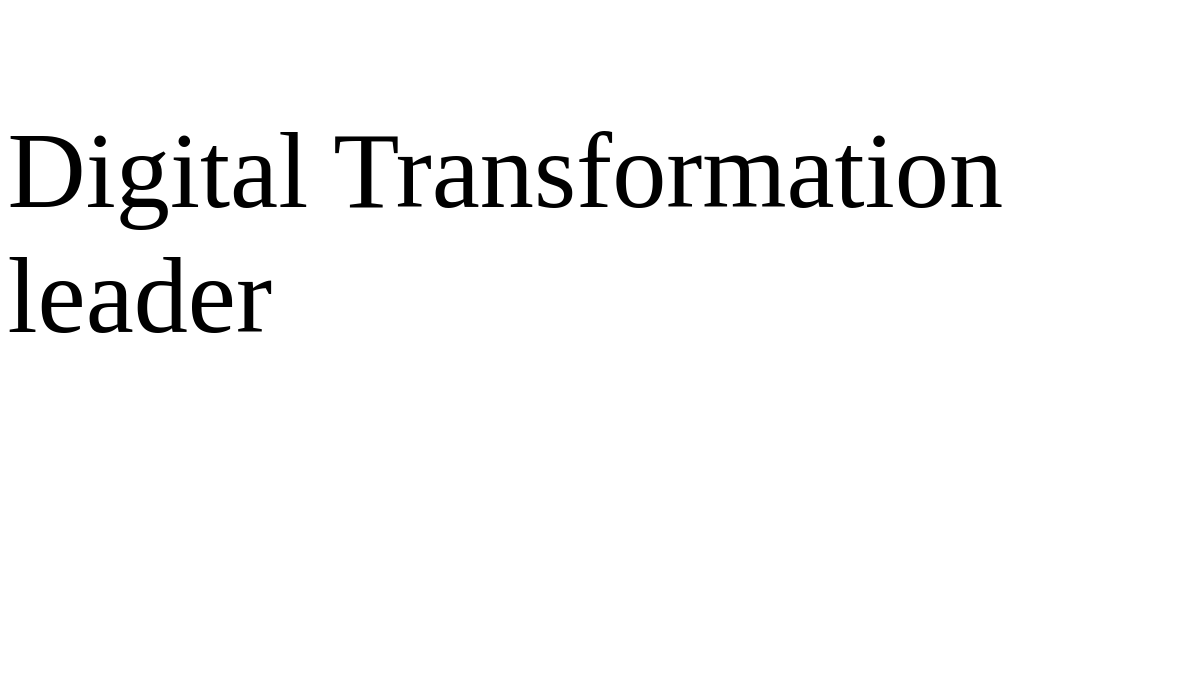
Repository: lwygold/motion
Page: text/텍스트 위에서 아래로 채워지는.html
An editor plug-in stored every save of this project. The page is shown before and after the next save, followed by the edit.
The browser window is 1280 px wide. The pictures show the whole page, at 94% of full size.

Above is the page before, as saved 2023-02-07 14:43:46.

After the next save:
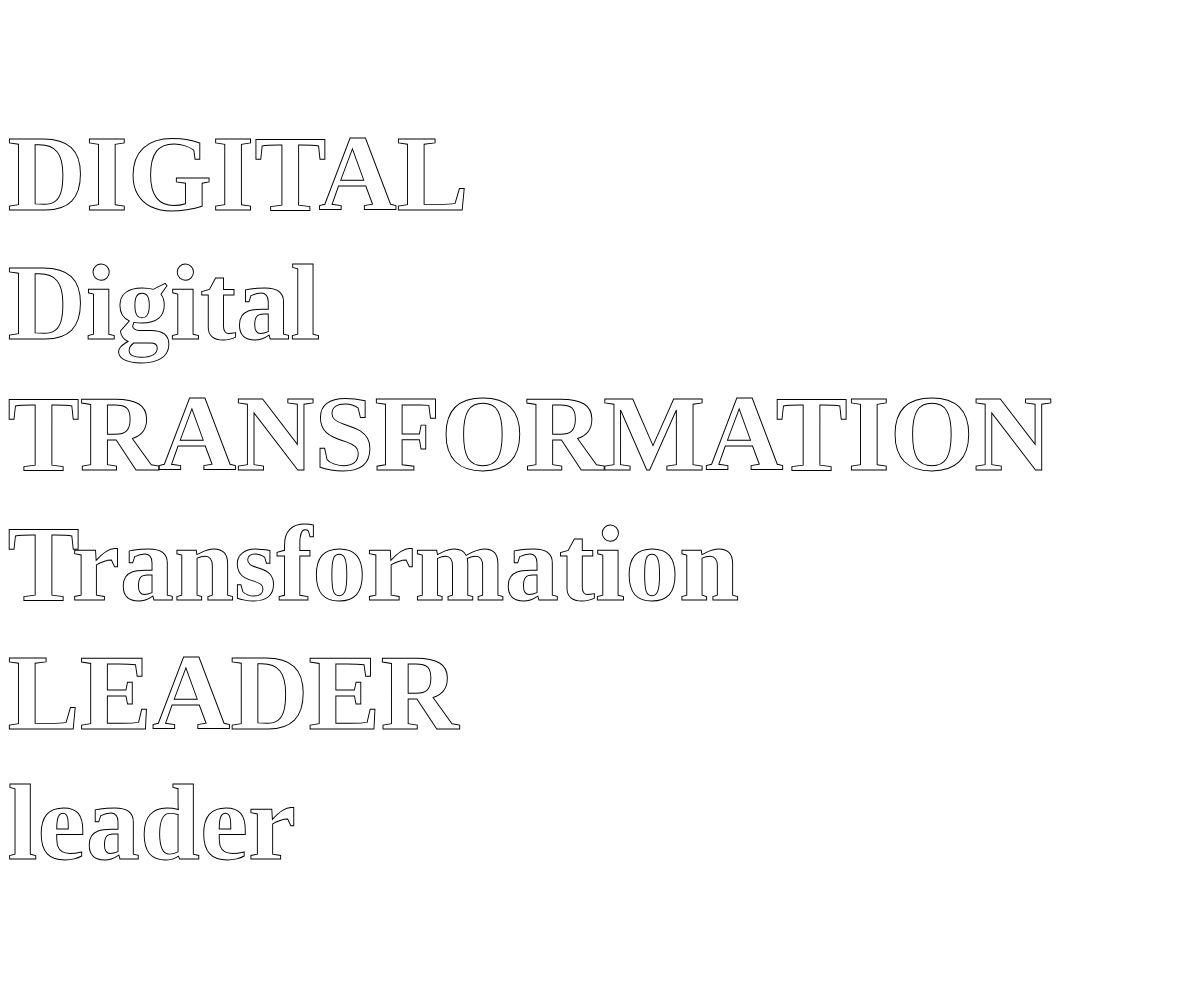
Saved 48 s later.
--- a/text/텍스트 위에서 아래로 채워지는.html
+++ b/text/텍스트 위에서 아래로 채워지는.html
@@ -10,6 +10,44 @@
         .sitemap__slogan {
             font-size: 9vw;
         }
+        .sitemap__slogan span {
+            overflow: hidden;
+            display: block;
+            position: relative;
+            font-size: 9vw;
+            font-weight: bold;
+            line-height: 1.2;
+            -webkit-text-stroke: 1px #000;
+            color: transparent;
+        }
+
+        .sitemap__slogan span:nth-child(1):before {
+            content: 'DIGITAL';
+            display: block;
+            font-size: 9vw;
+            font-weight: bold;
+            line-height: 1.2;
+            transition-delay: 0.2s;
+        }
+
+        .sitemap__slogan span:nth-child(2):before {
+            content: 'TRANSFORMATION';
+            display: block;
+            font-size: 9vw;
+            font-weight: bold;
+            line-height: 1.2;
+            transition-delay: 0.4s;
+        }
+
+        .sitemap__slogan span:nth-child(3):before {
+            content: 'LEADER';
+            display: block;
+            font-size: 9vw;
+            font-weight: bold;
+            line-height: 1.2;
+            transition-delay: 0.6s;
+        }
+
     </style>
 </head>
 <body>
